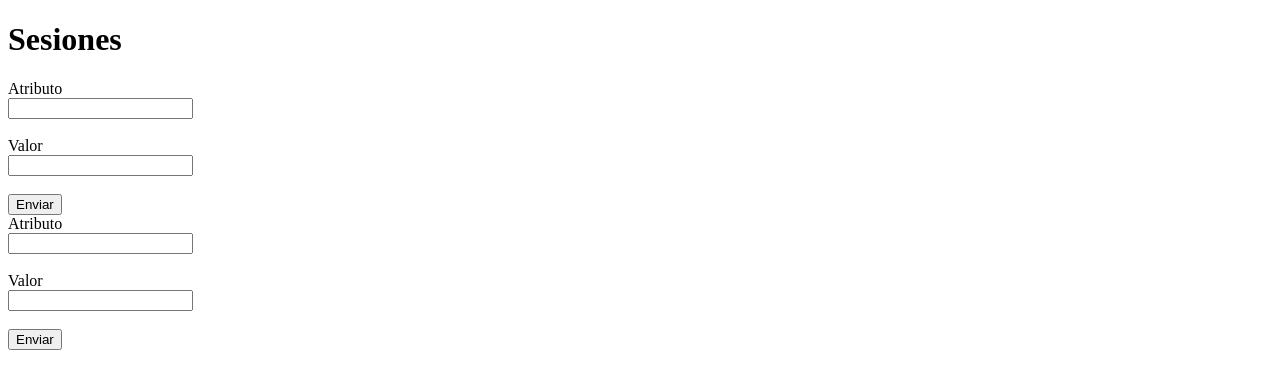
Repository: cabotillo/javaee
Page: Sesiones/WebContent/index.html
These files come from the project's save history. The page is drawn as it stood at one moment and after the next save; the edit follows.
The browser window is 1280 px wide. The pictures show the whole page.

Above is the page before, as saved 2017-02-16 18:44:53.

### Sesiones/WebContent/index.html
<!DOCTYPE html>
<html>
<head>
<meta charset="UTF-8">
<title>Encuesta</title>
</head>
<body>
<h1>Sesiones</h1>
<form action="/Sesiones/anyadir">
Atributo<br><input type="text" name="atributo"><br><br>
Valor<br><input type="text" name="valor"><br><br>
<input type="submit" value="Enviar" >

</form>

<form action="/Sesiones/invalidar">
Atributo<br><input type="text" name="atributo"><br><br>
Valor<br><input type="text" name="valor"><br><br>
<input type="submit" value="Enviar" >

</form>


</body>
</html>

After the next save:
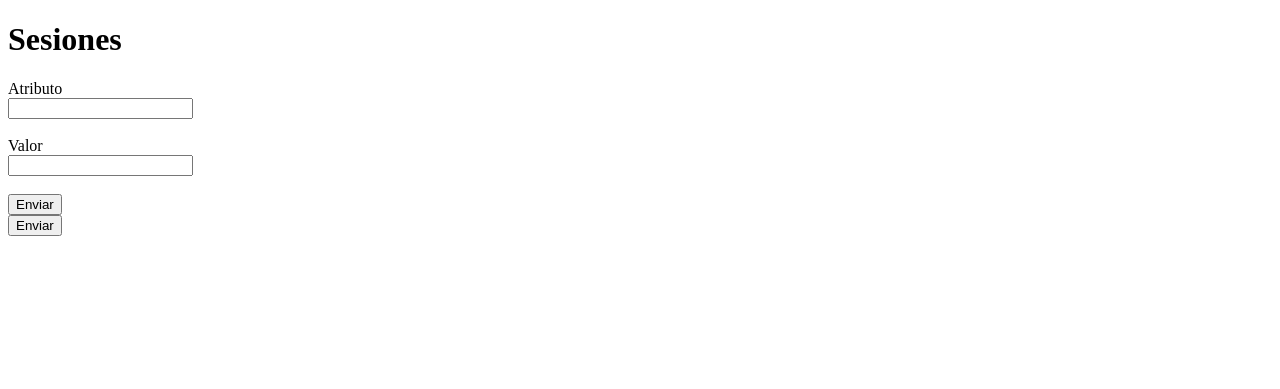
Saved 19 s later.
--- a/Sesiones/WebContent/index.html
+++ b/Sesiones/WebContent/index.html
@@ -14,8 +14,7 @@ Valor<br><input type="text" name="valor"><br><br>
 </form>
 
 <form action="/Sesiones/invalidar">
-Atributo<br><input type="text" name="atributo"><br><br>
-Valor<br><input type="text" name="valor"><br><br>
+
 <input type="submit" value="Enviar" >
 
 </form>
